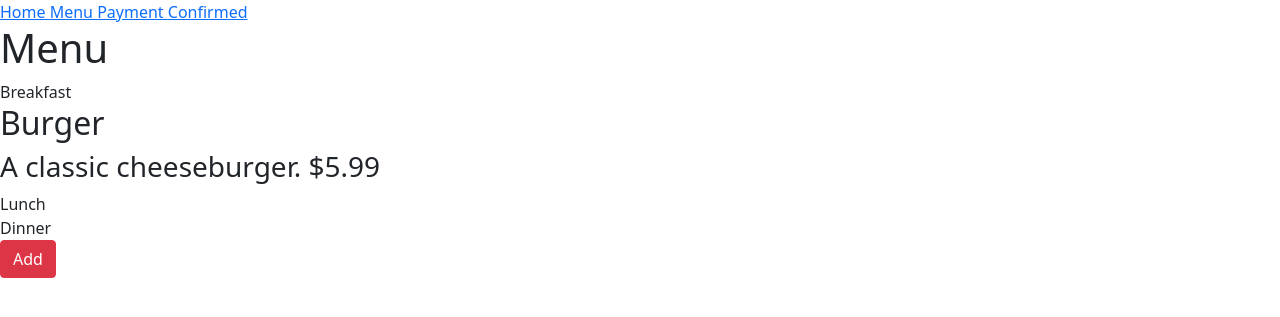
Repository: JoshuaN18/restaurantPOS
Page: /menu (app in Frontend/)
The author's editor kept a copy of each file at every save. The page is drawn from the files as they stood at one save, then again after the next save.
The browser window is 1280 px wide. The pictures show the whole page.
The project was rebuilt for these pictures with package versions that can differ from the ones it lists, and the page was loaded fresh each time. Also part of the build but not shown: Frontend/src/App.css, Frontend/src/components/Homepage.js, Frontend/src/components/Payment.js, Frontend/src/components/Confirmation.js.

Above is the page before, as saved 2022-07-23 15:46:38.

After the next save:
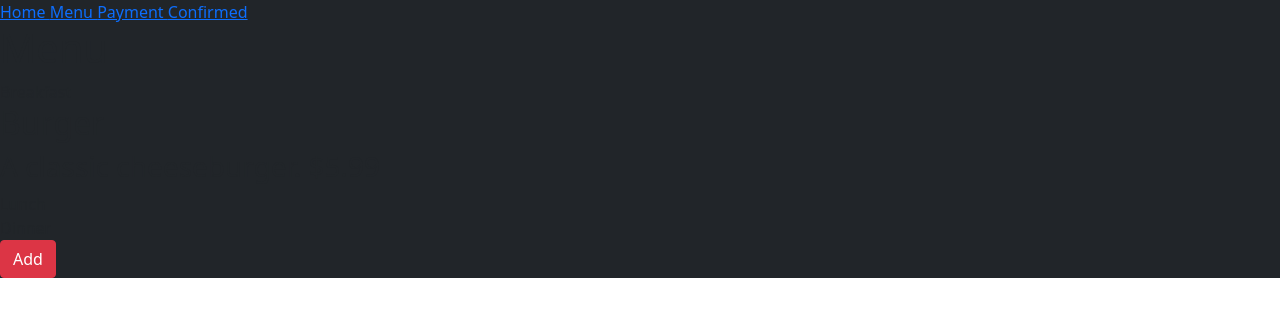
Saved 5 min 58 s later.
--- a/Frontend/src/App.js
+++ b/Frontend/src/App.js
@@ -6,7 +6,9 @@
 import Confirmation from './components/Confirmation';
 function App() {
   return (
+   //nav class is temporary. needed for testing purposes.
    <Router>
+    <div className="bg-dark">
     <nav>
       <Link to="/">Home </Link>
       <Link to="/menu">Menu </Link>
@@ -19,6 +21,7 @@
       <Route path="/payment"element={<Payment/>}/>
       <Route path="/confirmed"element={<Confirmation/>}/>
     </Routes>
+    </div>
    </Router>
   );
 }

After the save that followed:
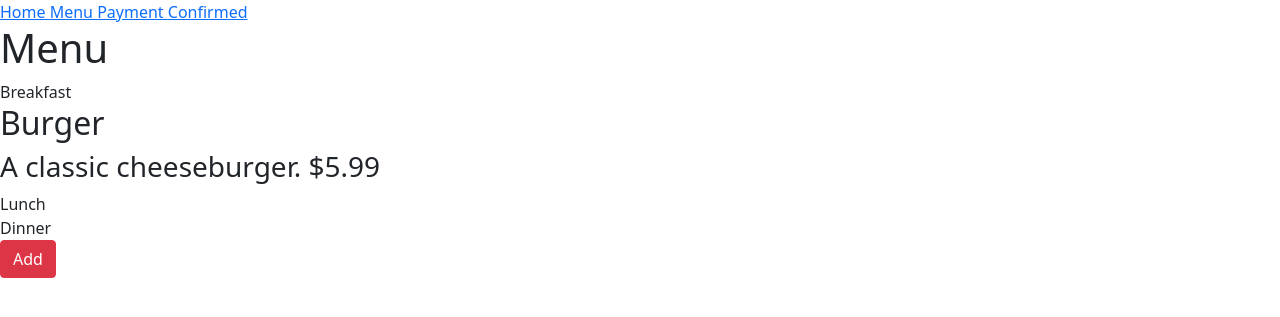
Saved 116 s later.
--- a/Frontend/src/App.js
+++ b/Frontend/src/App.js
@@ -8,7 +8,7 @@
   return (
    //nav class is temporary. needed for testing purposes.
    <Router>
-    <div className="bg-dark">
+    <div>
     <nav>
       <Link to="/">Home </Link>
       <Link to="/menu">Menu </Link>
